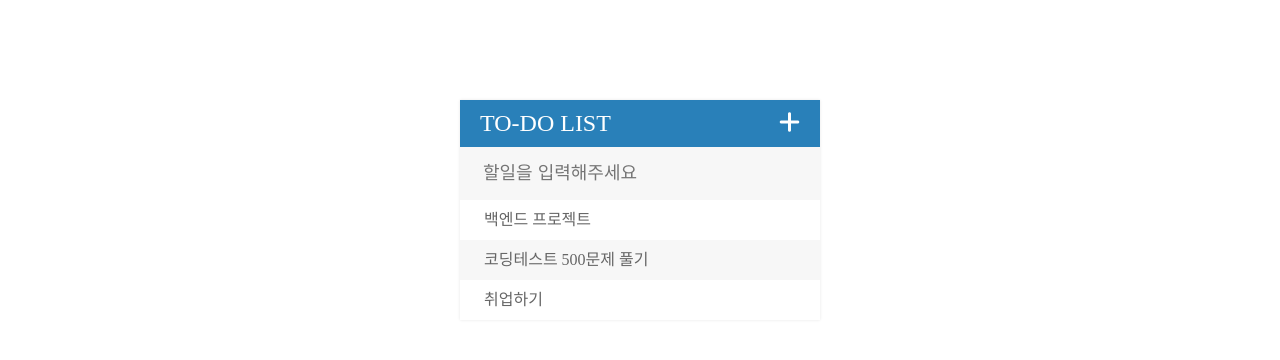
Repository: minsuk1/portfolio
Page: index2.html
These files come from the project's save history. The page is drawn as it stood at one moment and after the next save; the edit follows.
The browser window is 1280 px wide. The pictures show the whole page.
Some web libraries are served in a nearby version.

Above is the page before, as saved 2021-01-01 14:46:56.

After the next save:
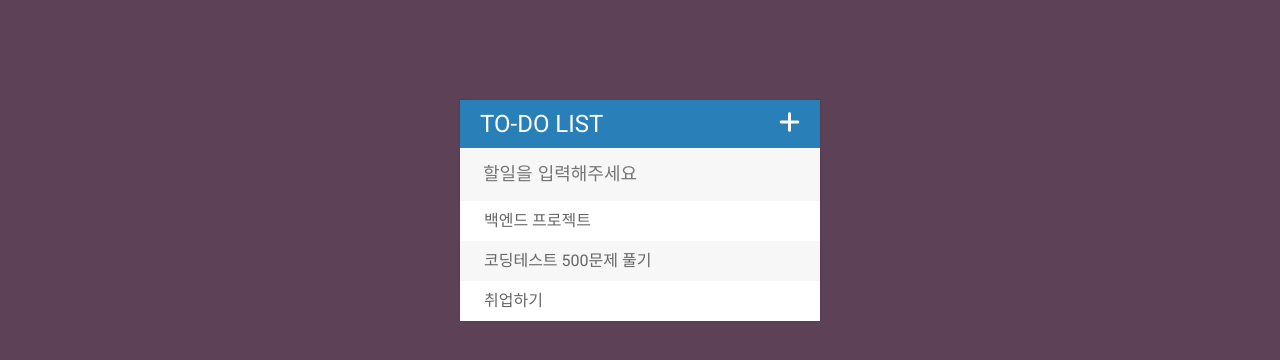
Saved 13 s later.
--- a/css/style2.css
+++ b/css/style2.css
@@ -1,3 +1,10 @@
+body {
+    font-family: Roboto;
+    background: #5D4157;  /* fallback for old browsers */
+background: -webkit-linear-gradient(to right, #A8CABA, #5D4157);  /* Chrome 10-25, Safari 5.1-6 */
+
+
+}
 
 h1 {
     background : #2980b9;
